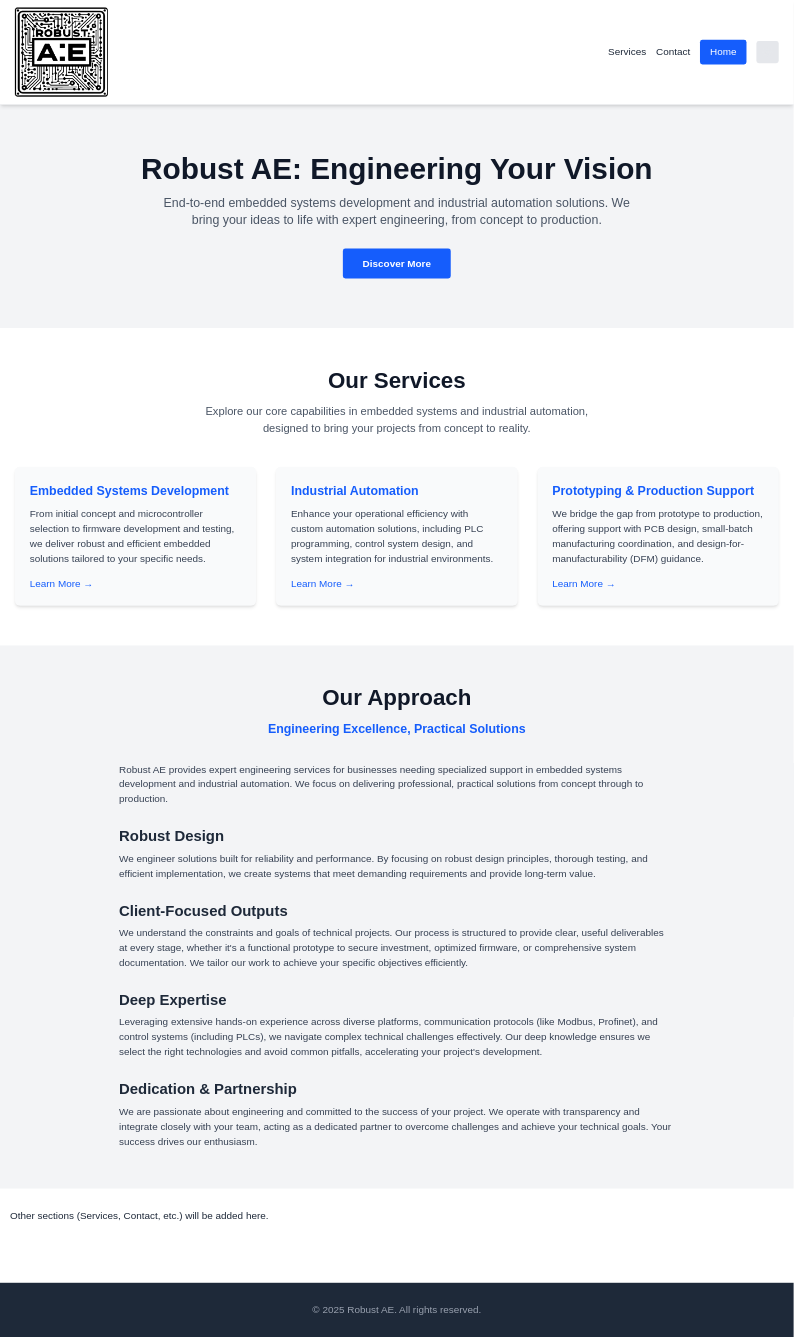
Repository: b0ase/robust-ae.com
Page: /newsite
An editor plug-in stored every save of this project. The page is shown before and after the next save, followed by the edit.
The browser window is 1280 px wide. The pictures show the whole page, at 62% of full size.
The project was rebuilt for these pictures with package versions that can differ from the ones it lists, and the page was loaded fresh each time. The framework's server and built-in components were replaced by stand-ins that run in the browser. Also part of the build but not shown: next.config.ts.

Above is the page before, as saved 2025-05-04 22:52:34.

### src/app/layout.tsx
import type { Metadata } from "next";
import { Geist, Geist_Mono } from "next/font/google";
import "./globals.css";

const geistSans = Geist({
  variable: "--font-geist-sans",
  subsets: ["latin"],
});

const geistMono = Geist_Mono({
  variable: "--font-geist-mono",
  subsets: ["latin"],
});

export const metadata: Metadata = {
  title: "Robust AE",
  description: "Embedded Systems Development and Industrial Automation",
};

export default function RootLayout({
  children,
}: Readonly<{
  children: React.ReactNode;
}>) {
  return (
    <html lang="en">
      <body
        className={`${geistSans.variable} ${geistMono.variable} antialiased`}
      >
        {children}
      </body>
    </html>
  );
}

### src/app/newsite/page.tsx
"use client"; // Mark as Client Component

import React, { useState, useEffect } from 'react'; // Import hooks
import Image from 'next/image';
import Link from 'next/link';

export default function NewSitePage() {
  // State for theme management
  const [theme, setTheme] = useState('dark');

  // Effect to apply theme class and set initial state
  useEffect(() => {
    // Set initial theme based on state (defaults to dark)
    if (theme === 'dark') {
      document.documentElement.classList.add('dark');
    } else {
      document.documentElement.classList.remove('dark');
    }
  }, [theme]); // Rerun only when theme changes

  // Function to toggle theme
  const toggleTheme = () => {
    setTheme(theme === 'light' ? 'dark' : 'light');
  };

  return (
    <div className="bg-white dark:bg-black text-gray-800 dark:text-gray-200 min-h-screen">
      {/* Header Section */}
      <header className="sticky top-0 z-50 bg-white dark:bg-black border-b border-gray-200 dark:border-gray-700 shadow-md">
        <nav className="container mx-auto px-6 py-3 flex justify-between items-center">
          <div>
            <Link href="/">
              <Image
                src="/images/logos/AE vector-2.png"
                alt="Robust AE Logo"
                width={150}
                height={50}
                className="dark:invert" // Invert logo in dark mode if needed
               />
            </Link>
          </div>
          <div className="space-x-4 flex items-center">
            {/* Placeholder Nav Links */}
            <Link href="#services" className="hover:text-blue-600 dark:hover:text-blue-400">Services</Link>
            <Link href="#contact" className="hover:text-blue-600 dark:hover:text-blue-400">Contact</Link>
            <Link href="/" className="bg-blue-600 text-white px-4 py-2 rounded hover:bg-blue-700">Home</Link>
            {/* Theme Toggle Button */}
            <button
              onClick={toggleTheme}
              className="p-2 rounded bg-gray-200 dark:bg-gray-800 hover:bg-gray-300 dark:hover:bg-gray-700"
              aria-label="Toggle theme"
            >
              {theme === 'light' ? (
                <svg xmlns="http://www.w3.org/2000/svg" className="h-5 w-5 text-gray-800" fill="none" viewBox="0 0 24 24" stroke="currentColor"><path strokeLinecap="round" strokeLinejoin="round" strokeWidth={2} d="M20.354 15.354A9 9 0 018.646 3.646 9.003 9.003 0 0012 21a9.003 9.003 0 008.354-5.646z" /></svg> // Moon icon
              ) : (
                <svg xmlns="http://www.w3.org/2000/svg" className="h-5 w-5 text-gray-200" fill="none" viewBox="0 0 24 24" stroke="currentColor"><path strokeLinecap="round" strokeLinejoin="round" strokeWidth={2} d="M12 3v1m0 16v1m9-9h-1M4 12H3m15.364 6.364l-.707-.707M6.343 6.343l-.707-.707m12.728 0l-.707.707M6.343 17.657l-.707.707M16 12a4 4 0 11-8 0 4 4 0 018 0z" /></svg> // Sun icon
              )}
            </button>
          </div>
        </nav>
      </header>

      {/* Hero Section */}
      <section className="bg-gray-100 dark:bg-gray-900 text-center py-20 px-6">
        <div className="container mx-auto">
          <h1 className="text-4xl md:text-5xl font-bold mb-4 text-gray-900 dark:text-white">
            Robust AE: Engineering Your Vision
          </h1>
          <p className="text-lg md:text-xl mb-8 max-w-3xl mx-auto text-gray-600 dark:text-gray-300">
            End-to-end embedded systems development and industrial automation solutions.
            We bring your ideas to life with expert engineering, from concept to production.
          </p>
          <button className="bg-blue-600 text-white font-semibold px-8 py-3 rounded hover:bg-blue-700 transition duration-300">
            Discover More
          </button>
        </div>
      </section>

      {/* Services Section */}
      <section id="services" className="py-16 px-6 bg-white dark:bg-black">
        <div className="container mx-auto">
          <h2 className="text-3xl md:text-4xl font-bold text-center mb-4 text-gray-900 dark:text-white">
            Our Services
          </h2>
          <p className="text-center text-lg text-gray-600 dark:text-gray-400 mb-12 max-w-2xl mx-auto">
            Explore our core capabilities in embedded systems and industrial automation, designed to bring your projects from concept to reality.
          </p>
          <div className="grid grid-cols-1 md:grid-cols-2 lg:grid-cols-3 gap-8">
            {/* Service Card 1 */}
            <div className="bg-gray-50 dark:bg-gray-800 p-6 rounded-lg shadow-md hover:shadow-lg transition-shadow duration-300">
              <h3 className="text-xl font-semibold mb-3 text-blue-600 dark:text-blue-400">Embedded Systems Development</h3>
              <p className="text-gray-700 dark:text-gray-300 mb-4">
                From initial concept and microcontroller selection to firmware development and testing, we deliver robust and efficient embedded solutions tailored to your specific needs.
              </p>
              <a href="#" className="text-blue-600 dark:text-blue-400 hover:underline font-medium">Learn More &rarr;</a>
            </div>
            {/* Service Card 2 */}
            <div className="bg-gray-50 dark:bg-gray-800 p-6 rounded-lg shadow-md hover:shadow-lg transition-shadow duration-300">
              <h3 className="text-xl font-semibold mb-3 text-blue-600 dark:text-blue-400">Industrial Automation</h3>
              <p className="text-gray-700 dark:text-gray-300 mb-4">
                Enhance your operational efficiency with custom automation solutions, including PLC programming, control system design, and system integration for industrial environments.
              </p>
              <a href="#" className="text-blue-600 dark:text-blue-400 hover:underline font-medium">Learn More &rarr;</a>
            </div>
            {/* Service Card 3 (Extrapolated) */}
            <div className="bg-gray-50 dark:bg-gray-800 p-6 rounded-lg shadow-md hover:shadow-lg transition-shadow duration-300">
              <h3 className="text-xl font-semibold mb-3 text-blue-600 dark:text-blue-400">Prototyping & Production Support</h3>
              <p className="text-gray-700 dark:text-gray-300 mb-4">
                We bridge the gap from prototype to production, offering support with PCB design, small-batch manufacturing coordination, and design-for-manufacturability (DFM) guidance.
              </p>
              <a href="#" className="text-blue-600 dark:text-blue-400 hover:underline font-medium">Learn More &rarr;</a>
            </div>
          </div>
        </div>
      </section>

      {/* Our Approach/Mission Section */}
      <section id="mission" className="py-16 px-6 bg-gray-100 dark:bg-gray-900">
        <div className="container mx-auto max-w-4xl">
          <h2 className="text-3xl md:text-4xl font-bold text-center mb-4 text-gray-900 dark:text-white">
            Our Approach
          </h2>
          <h3 className="text-xl text-center text-blue-600 dark:text-blue-400 font-semibold mb-10">
            Engineering Excellence, Practical Solutions
          </h3>

          <div className="space-y-8 text-gray-700 dark:text-gray-300">
            <p>
              Robust AE provides expert engineering services for businesses needing specialized support in embedded systems development and industrial automation. We focus on delivering professional, practical solutions from concept through to production.
            </p>

            <div>
              <h4 className="text-2xl font-semibold mb-2 text-gray-800 dark:text-white">Robust Design</h4>
              <p>
                We engineer solutions built for reliability and performance. By focusing on robust design principles, thorough testing, and efficient implementation, we create systems that meet demanding requirements and provide long-term value.
              </p>
            </div>

            <div>
              <h4 className="text-2xl font-semibold mb-2 text-gray-800 dark:text-white">Client-Focused Outputs</h4>
              <p>
                We understand the constraints and goals of technical projects. Our process is structured to provide clear, useful deliverables at every stage, whether it's a functional prototype to secure investment, optimized firmware, or comprehensive system documentation. We tailor our work to achieve your specific objectives efficiently.
              </p>
            </div>

            <div>
              <h4 className="text-2xl font-semibold mb-2 text-gray-800 dark:text-white">Deep Expertise</h4>
              <p>
                Leveraging extensive hands-on experience across diverse platforms, communication protocols (like Modbus, Profinet), and control systems (including PLCs), we navigate complex technical challenges effectively. Our deep knowledge ensures we select the right technologies and avoid common pitfalls, accelerating your project's development.
              </p>
            </div>

            <div>
              <h4 className="text-2xl font-semibold mb-2 text-gray-800 dark:text-white">Dedication & Partnership</h4>
              <p>
                We are passionate about engineering and committed to the success of your project. We operate with transparency and integrate closely with your team, acting as a dedicated partner to overcome challenges and achieve your technical goals. Your success drives our enthusiasm.
              </p>
            </div>
          </div>
        </div>
      </section>

      {/* Placeholder for other sections */}
      <div className="container mx-auto px-4 py-8">
         <p className="dark:text-gray-400">Other sections (Services, Contact, etc.) will be added here.</p>
      </div>

       {/* Footer Section */}
       <footer className="bg-gray-800 dark:bg-black text-gray-400 dark:text-gray-500 py-8 mt-16">
         <div className="container mx-auto text-center">
           <p>© {new Date().getFullYear()} Robust AE. All rights reserved.</p>
           {/* Add footer links if needed */}
         </div>
       </footer>
    </div>
  );
}

Loaded but not shown: src/app/globals.css (common file)

After the next save:
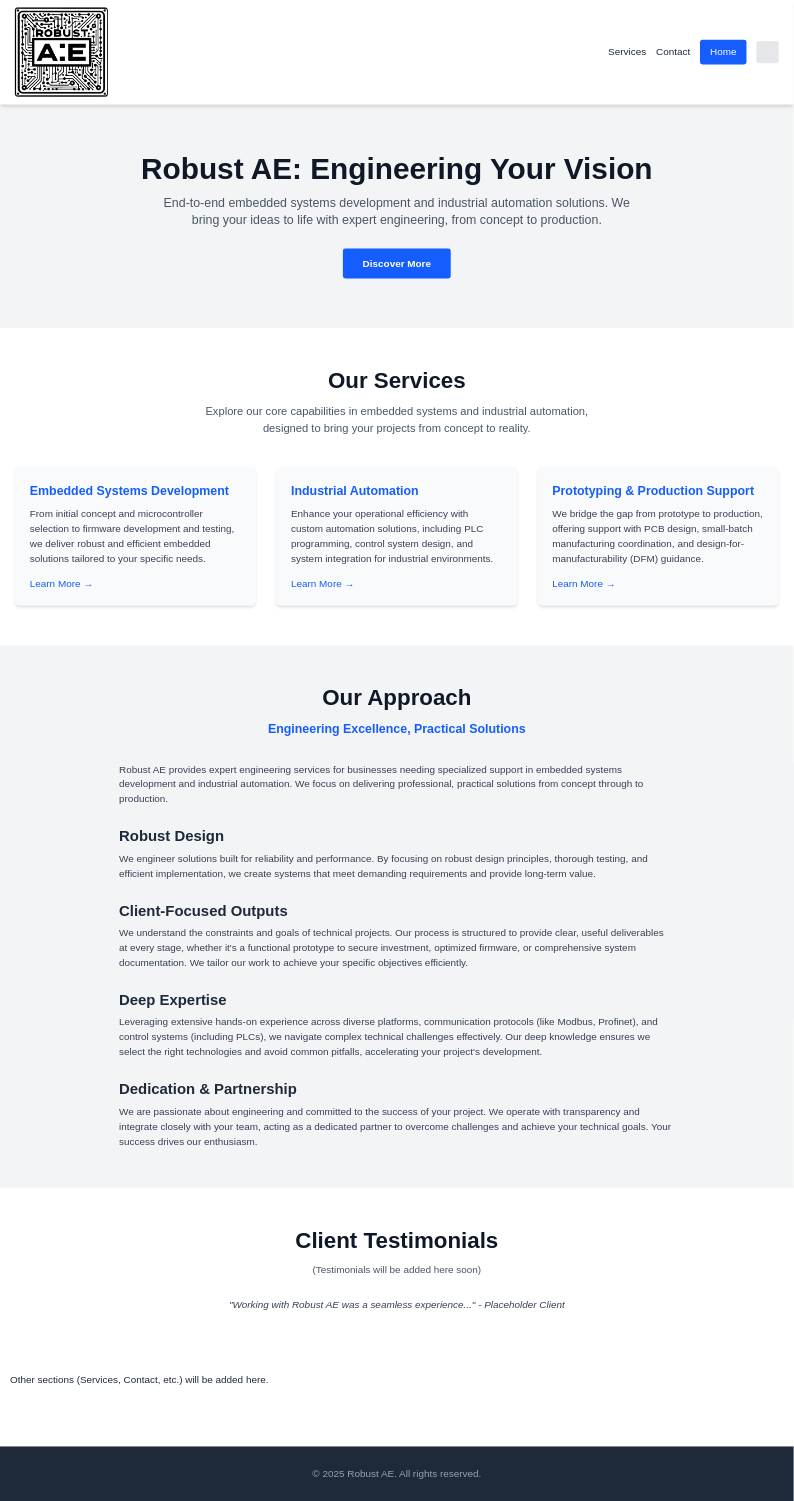
Saved 63 s later.
--- a/src/app/newsite/page.tsx
+++ b/src/app/newsite/page.tsx
@@ -160,6 +160,22 @@
         </div>
       </section>
 
+      {/* Testimonials Section (Placeholder) */}
+      <section id="testimonials" className="py-16 px-6 bg-white dark:bg-black">
+        <div className="container mx-auto max-w-4xl text-center">
+          <h2 className="text-3xl md:text-4xl font-bold mb-4 text-gray-900 dark:text-white">
+            Client Testimonials
+          </h2>
+          <p className="text-gray-600 dark:text-gray-400 mb-8">
+            (Testimonials will be added here soon)
+          </p>
+          {/* Placeholder for testimonial content */}
+          <div className="italic text-gray-700 dark:text-gray-300">
+            "Working with Robust AE was a seamless experience..." - Placeholder Client
+          </div>
+        </div>
+      </section>
+
       {/* Placeholder for other sections */}
       <div className="container mx-auto px-4 py-8">
          <p className="dark:text-gray-400">Other sections (Services, Contact, etc.) will be added here.</p>
